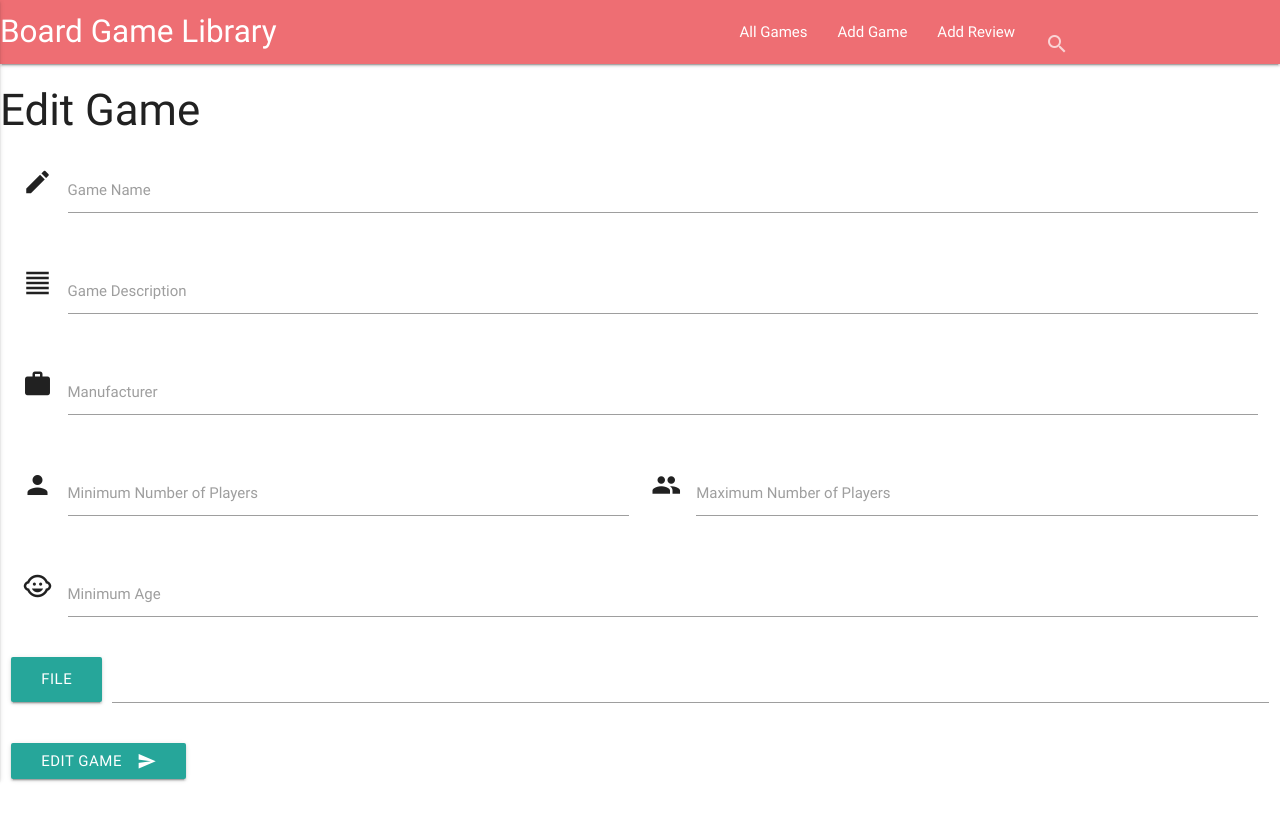
Repository: arcorco/dcd-milestone
Page: templates/editgame.html
The author's editor kept a record of every edit. The page is drawn from the files as they stood at one moment, then again after the next edit.
The browser window is 1280 px wide. The pictures show the whole page.
Some web libraries are served in a nearby version. The page is served by the project's application, run on Flask 3 (app.py). The template is opened directly, without the code that normally fills it, so the values that code supplies are empty.

Above is the page before.
Console error: TypeError: Cannot set properties of null (setting 'onclick')

After the next edit:
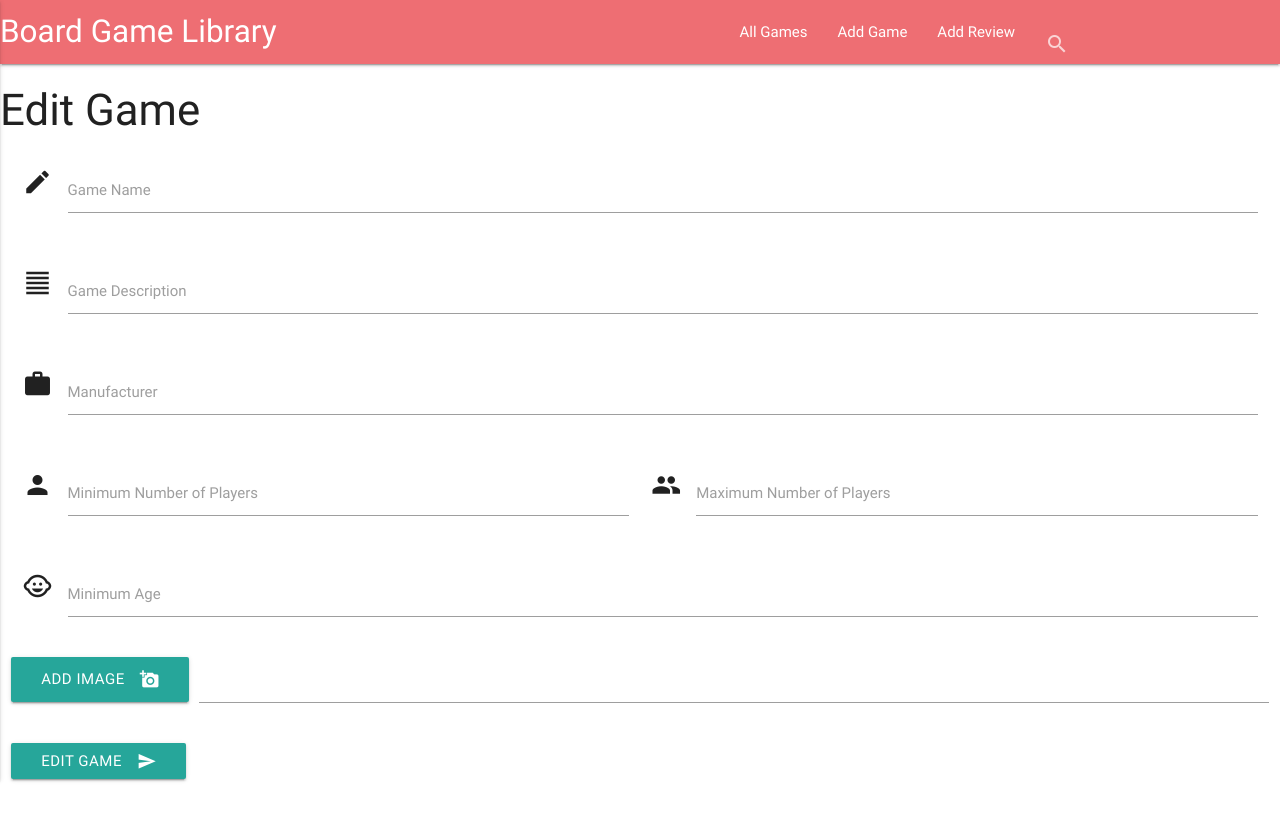
The edit:
--- a/templates/editgame.html
+++ b/templates/editgame.html
@@ -47,7 +47,8 @@
     <div class="row">
       <div class="file-field input-field">
         <div class="btn">
-          <span>File</span>
+          <i class="material-icons right">add_a_photo</i>
+          <span>ADD IMAGE</span>
           <input type="file" name="game_image" id="game_image">
         </div>
         <div class="file-path-wrapper">
